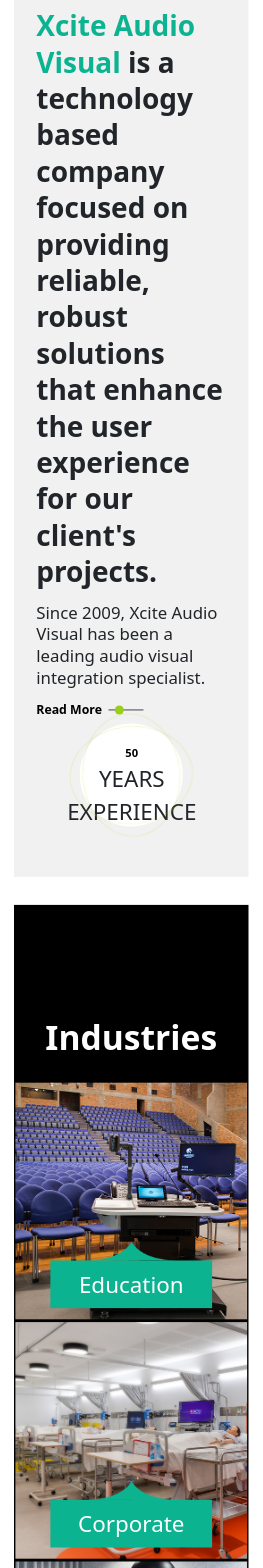
Repository: Imprasna/designplus
Page: index.html
An editor plug-in stored every save of this project. The page is shown before and after the next save, followed by the edit.
The browser window is 375 px wide. The pictures show the part of the page from y = 954 to 3194 px (the page is 6230 px tall), at 70% of full size.
Some web fonts or font styles are not loaded; a fallback is used.

Above is the page before, as saved 2022-03-17 02:08:17.

### index.html
<!DOCTYPE html>
<html lang="en">

<head>
  <meta charset="UTF-8">
  <meta http-equiv="X-UA-Compatible" content="IE=edge">
  <meta name="viewport" content="width=device-width, initial-scale=1.0">
  <link rel="preload" href="ProximaNova-Bold.woff2" as="font" type="font/woff2" crossorigin>
  <link href="https://cdn.jsdelivr.net/npm/bootstrap@5.1.3/dist/css/bootstrap.min.css" rel="stylesheet"
    crossorigin="anonymous">
  <script src="https://cdn.jsdelivr.net/npm/bootstrap@5.1.3/dist/js/bootstrap.bundle.min.js" crossorigin="anonymous">
  </script>
  <link rel="stylesheet" href="style.css">
  <title>DesignPlus</title>
</head>

<body>

  <header>
    <div class="container-fluid">
      <nav class="navbar navbar-expand-lg navbar-light bg-light">
        <div class="container-fluid">
          <a class="navbar-brand" href="#"><img src="assets/Images/XCITEAV_logo.svg" alt=""></a>
          <button class="navbar-toggler" type="button" data-bs-toggle="collapse"
            data-bs-target="#navbarSupportedContent" aria-controls="navbarSupportedContent" aria-expanded="false"
            aria-label="Toggle navigation">
            <span class="navbar-toggler-icon"></span>
          </button>
          <div class="collapse navbar-collapse" id="navbarSupportedContent">
            <ul class="navbar-nav ms-auto mb-2 mb-lg-0">
              <li class="nav-item">
                <a class="nav-link active" aria-current="page" href="#">About</a>
              </li>
              <li class="nav-item">
                <a class="nav-link" href="#">Industries</a>
              </li>
              <li class="nav-item">
                <a class="nav-link" href="#">Xcite Care</a>
              </li>
              <li class="nav-item">
                <a class="nav-link" href="#">Projects</a>
              </li>
              <li class="nav-item">
                <a class="nav-link" href="#">Clients</a>
              </li>
              <li class="nav-item">
                <a class="nav-link" href="#">Contact Us</a>
              </li>
              <li class="nav-item tel-phone">
                <a href="tel:1300568571" class="nav-link">T: 1300 568 571</a>
              </li>
            </ul>
            <!-- <form class="d-flex">
                      <input class="form-control me-2" type="search" placeholder="Search" aria-label="Search">
                      <button class="btn btn-outline-success" type="submit">Search</button>
                    </form> -->
          </div>
        </div>
      </nav>
    </div>
  </header>

  <main>
    <section>
      <div class="container-fluid hero_sec">
        <img src="assets/Images/hero-banner.jpg" alt="">
        <p class="hero_texts">
          <span>Focused on</span> Providing reliable, robust solutions
        </p>
      </div>
    </section>

    <section>
      <div class="container-fluid second_sec">
        <div class="container-fluid">
          <div class="row second_sec-block">
            <div class="col-sm-5 col-md-6">
              <p>
                <span>Xcite Audio Visual</span> is a technology based company focused on providing reliable, robust
                solutions that enhance the user experience for our client's projects.
              </p>
              <p class="description">
                Since 2009, Xcite Audio Visual has been a leading audio visual integration specialist.
              </p>
              <a href="#">Read More</a>
            </div>
            <div class="col-sm-5 col-md-6 second_sec-img">
              <img src="assets/Images/about-ring.png" alt="">
              <div class="fif">
                <p class="fifty">
                  <span>50</span>
                  years Experience
                </p>
              </div>
            </div>
          </div>
        </div>
      </div>
    </section>

    <section>
      <div class="container-fluid industries">
        <div class="container-fluid">
          <div class="row industries_block">
            <h1>Industries</h1>
            <div class="col-md-4 g-1 align-items-end">
              <div class="card" style="width: 100%;">
                <img src="assets/Images/service_education.jpg" class="card-img-top" alt="...">
                <a href="#" class="btn btn-primary">Education</a>
                <!-- <div class="card-body">
                </div> -->
              </div>
            </div>
            <div class="col-md-4 g-1 align-items-end">
              <div class="card" style="width: 100%;">
                <img src="assets/Images/service_government.jpg" class="card-img-top" alt="...">
                <a href="#" class="btn btn-primary">Corporate</a>
                <!-- <div class="card-body">
                </div> -->
              </div>
            </div>
            <div class="col-md-4 g-1 align-items-end">
              <div class="card" style="width: 100%;">
                <img src="assets/Images/service_corporate.jpg" class="card-img-top" alt="...">
                <a href="#" class="btn btn-primary">Government</a>
                <!-- <div class="card-body">
                </div> -->
              </div>
            </div>
          </div>
        </div>
      </div>
    </section>

    <section>
      <div class="container-fluid third_sec">
        <div class="container-fluid">
          <div class="row third_sec-block">
            <h1>Our Recent Projects</h1>
            <div class="col-md-6 gx-0">
              <img src="assets/Images/recent_project_01.jpg" alt="">
            </div>
            <div class="col-md-6 gx-0">
              <img src="assets/Images/recent_project_02.jpg" alt="">
            </div>
          </div>
          <div class="row third_sec-block-2">
            <div class="col-md-4 gx-0">
              <img src="assets/Images/recent_project_03.jpg" alt="">
            </div>
            <div class="col-md-4 gx-0">
              <img src="assets/Images/recent_project_04.jpg" alt="">
            </div>
            <div class="col-md-4 gx-0">
              <img src="assets/Images/recent_project_05.jpg" alt="">
            </div>
          </div>
        </div>
      </div>
    </section>

    <section>
      <div class="container-fluid contact_sec">
        <div class="container-fluid">
          <div class="row">
            <h1>Contact Form</h1>
            <form class="row g-3">
              <div class="col-md-6">
                <label for="inputName4" class="form-label">Full Name</label>
                <input type="text" class="form-control" id="inputName4" required>
              </div>
              <div class="col-md-6">
                <label for="inputEmail4" class="form-label">Email</label>
                <input type="email" class="form-control" id="inputEmail4" required>
              </div>
              <div class="col-md-6">
                <label for="inputPhoneNumber4" class="form-label">Phone Number</label>
                <input type="number" class="form-control" id="inputPhoneNumber4" required>
              </div>
              <div class="col-md-6">
                <label for="inputSubject4" class="form-label">Subject</label>
                <input type="text" class="form-control" id="inputSubject4" required>
              </div>
              <div class="col-12">
                <label for="inputMessage4" class="form-label">Message</label>
                <textarea class="form-control" rows="5" id="inputSubject"type="text" class="form-control" id="inputMessage4" required></textarea>
              </div>
              <div class="col-12">
                <button type="submit" class="btn btn-primary">Submit</button>
              </div>
            </form>
          </div>
        </div>
      </div>
    </section>

  </main>

  <footer>
    <div class="container-fluid footer_sec">
      <div class="container-fluid">
        <div class="row align-items-center footer_sec-block">
          <div class="line"></div>
            <div class="col-md-4 text-center top_sec">
              <p>Head Office: <a href="#">53/9 Hoyle Ave, Castle Hill NSW 2154</a></p>
              <p>Phone: <a href="tel:1300 568 571">1300 568 571</a></p>
              <p>&nbsp;</p>
            </div>
            <div class="col-md-4 text-center middle_sec">
              <p>General :<a href="#"> info@xciteav.com.au</a> </p>
              <p>Sales :<a href="#"> sales@xciteav.com.au</a> </p>
              <p>Tech :<a href="#"> tech@xciteav.com.au</a> </p>
            </div>
            <div class="col-md-4 text-center social_icons">
              <div>
                <img src="assets/Images/social-facebook-icon.png" alt="">
                <img src="assets/Images/social-linkedin-icon.png" alt="">
                <img src="assets/Images/social-instagram-icon.png" alt="">
              </div>
              <a href="#">Privacy Policy</a>
            </div>
            <div class="bottom-line"></div>
        </div>
      </div>
    </div>
    <div class="container-fluid copyright">
      <div class="container-fluid">
        <div class="row">
          <a href="#" class="text-center">Copyright &#169; 2022 Xcite Audio Visual - Web Design Sydney DesignPluz</a>
        </div>
      </div>
    </div>
  </footer>



</body>

</html>

### style.css
* {
    margin: 0;
    padding: 0;
    box-sizing: border-box;
}

html {
    scroll-behavior: smooth;
}


.hero_sec > img {
    width: 100%;
}

.container-fluid.hero_sec {
    padding: 0;
    position: relative;
}

p.hero_texts {
    position: absolute;
    top: 40%;
    left: 5%;
    font-size: 3.2rem;
    line-height: 1.3;
    font-weight: 700;
    color: #fff;
    max-width: 35%;
    width: 28%;
    z-index: 2;
}

p.hero_texts > span {
    position: relative;
    z-index: 2;
}

p.hero_texts > span::after {
    content: '';
    position: absolute;
    bottom: 7px;
    left: 0;
    width: 100%;
    height: 10px;
    background: #0BB390;
    z-index: -1;
}

.container-fluid.second_sec {
    padding: 20px;
    background: #fff;
}

.container-fluid.second_sec > .container-fluid {
    background: #f1f1f1;
}

.row.second_sec-block {
    display: flex;
    align-items: center;
    width: 95%;
    margin: 0 auto;
    padding: 4rem 0;
    overflow: hidden;
}

.row.second_sec-block > .col-sm-5.col-md-6 > p {
    font-size: 2.5rem;
    line-height: 1.3;
    font-weight: 600;
}

.row.second_sec-block > .col-sm-5.col-md-6 > p span {
    color: #0BB390;
}

.col-sm-5.col-md-6.second_sec-img {
    display: flex;
    justify-content: end;
    position: relative;
}

.row.second_sec-block > .col-sm-5.col-md-6 > p.description {
    font-size: 1.5rem;
    font-weight: 400;
}

.col-sm-5.col-md-6 > a {
    text-decoration: none;
    font-size: 1.1rem;
    font-weight: 700;
    color: #000;
    position: relative;
}

.col-sm-5.col-md-6 > a::after {
    content: '';
    position: absolute;
    height: 1px;
    width: 50px;
    background: #000;
    top: 13px;
    left: 110%;
}

.col-sm-5.col-md-6 > a::before {
    content: '';
    position: absolute;
    height: 13px;
    width: 13px;
    background: #99CF16;
    border-radius: 50%;
    left: 120%;
    top: 7px;
    z-index: 1;
}

.col-sm-5.col-md-6.second_sec-img > img {
    width: 60%;
    height: 100%;
    transition: all .5s;
    /* animation: rotater .5s linear .2s infinite; */
    animation-name: rotater;
    animation-duration: 6s;
    animation-iteration-count: infinite;
    z-index: 1;
}

.col-sm-5.col-md-6.second_sec-img > .fif {
    position: absolute;
    background: #fff;
    height: 90%;
    width: 50%;
    z-index: 0;
    border-radius: 50%;

    left: 45%;
    top: 5%;
}

.col-sm-5.col-md-6.second_sec-img > .fif > p.fifty {
    position: absolute;
    top: 20%;
    left: 50%;
    display: flex;
    flex-direction: column;
    align-items: center;
    text-transform: uppercase;
    width: 1%;
    text-align: center;
    font-size: 2rem;
}

.col-sm-5.col-md-6.second_sec-img > .fif > p.fifty span {
    font-size: 4rem;
    font-weight: 700;
    color: #000;
}


.container-fluid.industries {
    background: #fff;
    padding: 20px 20px 0;
}

.container-fluid.industries > .container-fluid {
    background: #000;
}

.row.industries_block {
    padding-top: 10rem;
}

.row.industries_block > h1 {
    font-size: 3rem;
    font-weight: 700;
    color: #fff;
    text-align: center;
    margin-bottom: 2rem;
}

.card {
    border-radius: 0;
    position: relative;
    border: none;
}

.card > img {
    border-radius: 0;
}

a.btn.btn-primary {
    width: 70%;
    margin: 0 auto;
    padding: 10px 2px;
    position: absolute;
    bottom: 1rem;
    left: 15%;
    border-radius: 0;
    background: #0BB390;
    outline: none;
    border: none;
    font-size: 2rem;
    font-weight: 500;
}

a.btn.btn-primary::before {
    content: url(./assets/Images/service-shape.png);
    position: absolute;
    bottom: 3.5rem;
    left: 0;
    width: 100%;
}

.container-fluid.third_sec {
    padding: 20px;
    background: #fff;
}

.row.third_sec-block > .col-md-6.gx-0 > img {
    width: 100%;
}

.row.third_sec-block-2 > .col-md-4.gx-0 > img {
    width: 100%;
    height: auto;
}

.row.third_sec-block {
    padding-top: 10rem;
}

.row.third_sec-block > h1 {
    font-size: 3rem;
    font-weight: 700;
    color: #000;
    text-align: center;
    margin-bottom: 2rem;
}

.container-fluid.contact_sec {
    padding: 20px;
    background: #f2f2f2;
}

.container-fluid.contact_sec > .container-fluid > .row > h1 {
    font-size: 3rem;
    font-weight: 600;
    color: #000;
    text-align: center;
    margin-bottom: 2rem;
}

form.row.g-3 > .col-md-6 > input[type="text"],input[type="number"],input[type="email"] {
    border-radius: 0;
    border-bottom: 1px solid #000;
    border-top: none;
    border-left: none;
    border-right: none;
}

form.row.g-3 > .col-md-6 > input[type="text"]:focus,input[type="number"]:focus,input[type="email"]:focus {
    background: #ededed;
    box-shadow: none;
    border-bottom: 1px solid #0BB390;
}

textarea#inputSubject {
    resize: none;
    border-radius: 0;
    border-bottom: 1px solid #000;
    border-top: none;
    border-left: none;
    border-right: none;
}

textarea#inputSubject:focus {
    background: #ededed;
    box-shadow: none;
    border-bottom: 1px solid #0BB390;
}

.container-fluid.contact_sec > .container-fluid > .row > form > .col-12 > button.btn.btn-primary {
    background: #0BB390;
    padding: 10px 30px;
    border-radius: 0;
    border: 1px solid #0BB390;
    text-transform: uppercase;
    transition: all 0.3s;
}

.container-fluid.contact_sec > .container-fluid > .row > form > .col-12 > button.btn.btn-primary:hover {
    background: #fff;
    color: #000;
}

.container-fluid.footer_sec {
    padding: 20px 20px 0;
    background: #fff;
}

.row.align-items-center.footer_sec-block {
    padding-top: 7rem;
    width: 95%;
    margin: 0 auto;
}

.line {
    width: 100%;
    height: 1px;
    background: #000;
    margin-bottom: 3rem;
}

.bottom-line {
    width: 100%;
    height: 1px;
    background: #f2f2f2;
    margin-top: 3rem;
}

.col-md-4.text-center.top_sec {
    height: 100%;
    border-right: 1px solid #999;
    position: relative;
}

.col-md-4.text-center.middle_sec {
    height: 100%;
    border-right: 1px solid #999;
    position: relative;
}

.col-md-4.text-center > p {
    color: #0BB390;
    font-weight: 600;
    margin-bottom: 0;
}

.col-md-4.text-center > p > a {
    font-weight: 400;
    color: #777;
    text-decoration: none;
}

.col-md-4.text-center.social_icons > div {
    display: flex;
    justify-content: center;
    gap: 1rem;
}

.col-md-4.text-center.social_icons > div > img {
    width: 20%;
    filter: grayscale(1);
    opacity: .7;
    margin-bottom: 15px;
}

.col-md-4.text-center.social_icons > a {
    text-decoration: none;
    font-size: 1rem;
    color: #777;
}

.container-fluid.copyright {
    padding: 20px;
    background: #fff;
    margin: 0;
}

.container-fluid.copyright > .container-fluid {
    background: #fff;
}

.container-fluid.copyright > .container-fluid  > .row > a {
    text-decoration: none;
    font-size: 1rem;
    color: #999;
}

@keyframes rotater {
    from {
        transform: rotate(90deg) scale(1);
    }

    to {
        transform: rotate(360deg) scale(1.1);
    }
}

@media only screen and (max-width: 414px) {

    .hero_sec > img {
        width: 100%;
        height: 100vh;
        object-fit: cover;
    }

    p.hero_texts {
        position: absolute;
        top: 60%;
        left: 5%;
        font-size: 2.1rem;
        line-height: 1.3;
        font-weight: 700;
        color: #fff;
        max-width: 100%;
        width: 80%;
        z-index: 2;
    }

    .col-sm-5.col-md-6.second_sec-img {
        display: flex;
        justify-content: center;
        position: relative;
    }

    .col-sm-5.col-md-6.second_sec-img > .fif {
        left: 25%;
    }


    .col-sm-5.col-md-6.second_sec-img > .fif > p.fifty span {
        font-size: 2rem;
    }

    .col-sm-5.col-md-6.second_sec-img > .fif > p.fifty span {
        font-size: 1rem;
    }




}

After the next save:
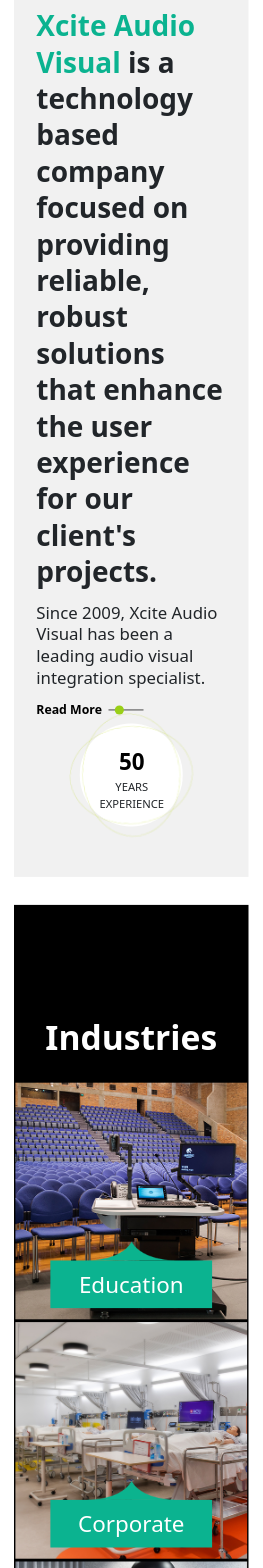
Saved 10 s later.
--- a/style.css
+++ b/style.css
@@ -425,7 +425,7 @@
         font-size: 2rem;
     }
 
-    .col-sm-5.col-md-6.second_sec-img > .fif > p.fifty span {
+    .col-sm-5.col-md-6.second_sec-img > .fif > p.fifty {
         font-size: 1rem;
     }
 
